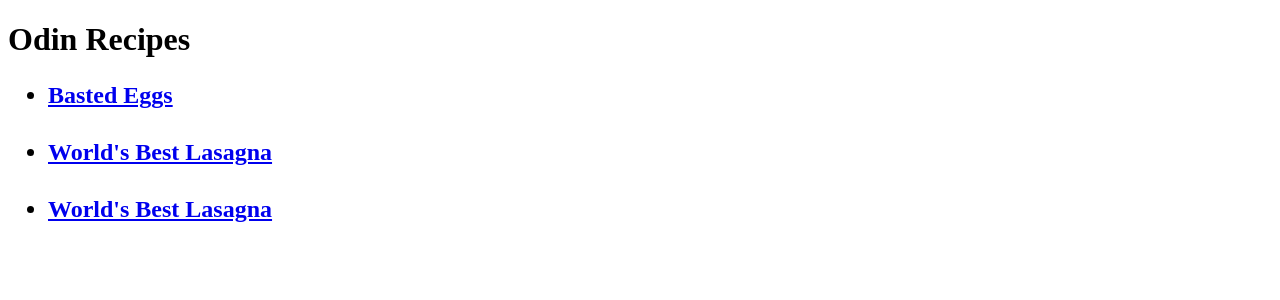
Repository: rickypcyt/odinproyect-recipes-web
Page: index.html
These files come from the project's save history. The page is drawn as it stood at one moment and after the next save; the edit follows.
The browser window is 1280 px wide. The pictures show the whole page.

Above is the page before, as saved 2022-09-20 16:58:47.

### index.html
<!DOCTYPE html>
<html lang="en">
  <head>
    <meta charset="UTF-8" />
    <meta http-equiv="X-UA-Compatible" content="IE=edge" />
    <meta name="viewport" content="width=device-width, initial-scale=1.0" />
    <title>Odin recipes</title>
  </head>
  <body>
    <h1>Odin Recipes</h1>
    <h2>
      <ul>
        <li><a href="recipes/BastedEggs.html">Basted Eggs</a></li>
        <h2></h2>
        <li><a href="recipes/Lasagna.html">World's Best Lasagna</a></li>
        <h2></h2>
        <li><a href="recipes/Lasagna.html">World's Best Lasagna</a></li>
      </ul>
    </h2>
  </body>
</html>

After the next save:
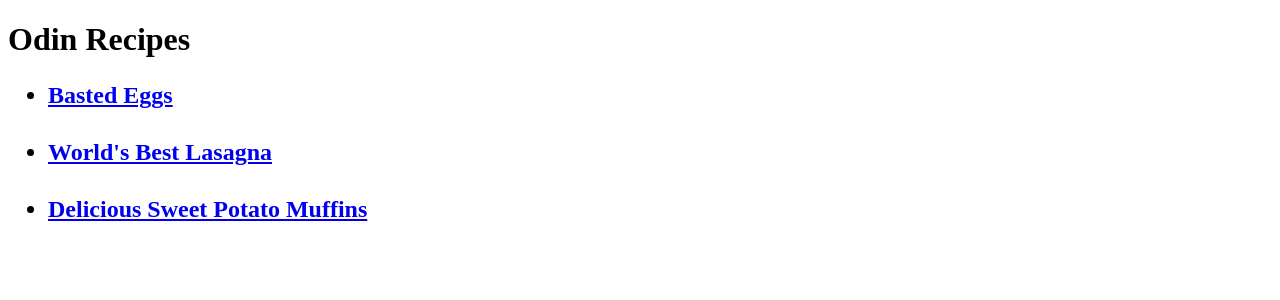
Saved 34 s later.
--- a/index.html
+++ b/index.html
@@ -14,7 +14,7 @@
         <h2></h2>
         <li><a href="recipes/Lasagna.html">World's Best Lasagna</a></li>
         <h2></h2>
-        <li><a href="recipes/Lasagna.html">World's Best Lasagna</a></li>
+        <li><a href="recipes/Lasagna.html">Delicious Sweet Potato Muffins</a></li>
       </ul>
     </h2>
   </body>
